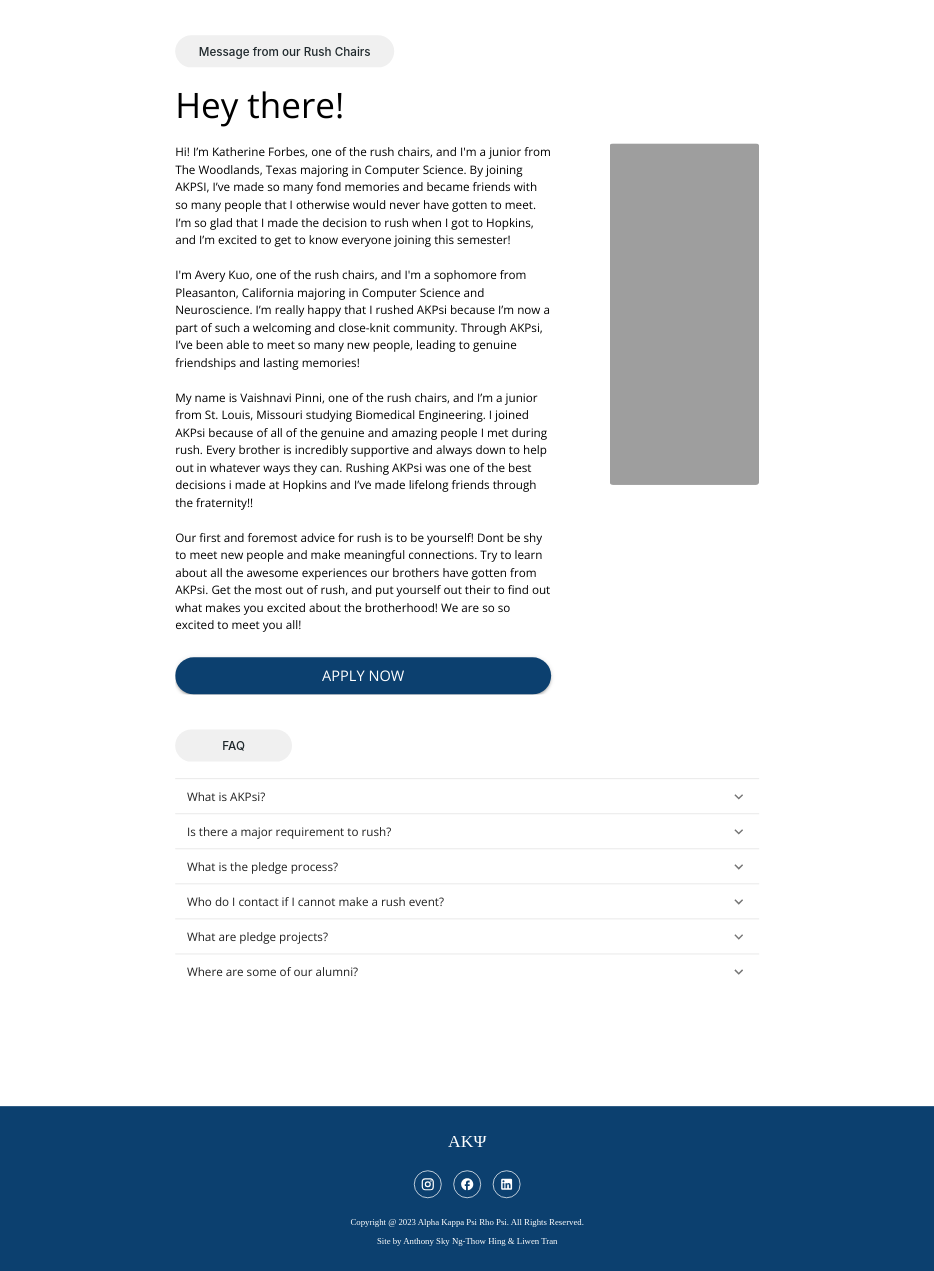
Repository: akpsi-jhu/rho-psi-website-v1
Page: /#/recruitment (app in web-app/)
An editor plug-in stored every save of this project. The page is shown before and after the next save, followed by the edit.
The browser window is 1280 px wide. The pictures show the part of the page from y = 977 to 2718 px (the page is 2718 px tall), at 73% of full size.
Pictures or frames that could not be fetched are drawn as grey boxes. The page's requests for data from a server got no answer. Some web fonts or font styles are not loaded; a fallback is used. The project was rebuilt for these pictures with package versions that can differ from the ones it lists, and the page was loaded fresh each time. No one was signed in, and anything a server would have sent is missing. Also part of the build but not shown: web-app/src/Components/Hero.js, web-app/src/Components/HoverCard.js, web-app/src/Components/About.js, web-app/src/styles/SlideshowStyles.css, web-app/src/Components/ImageSlideshow.js, web-app/src/Components/Rush.js, web-app/src/Components/Logos.js, web-app/src/Components/AlertBar.js and 10 more.

Above is the page before, as saved 2023-09-06 12:40:20.

### web-app/public/index.html
<!DOCTYPE html>
<html lang="en">
  <head>
    <meta charset="utf-8" />
    <link rel="icon" href="%PUBLIC_URL%/favicon.ico?v=2" />
    <meta name="viewport" content="width=device-width, initial-scale=1" />
    <meta name="theme-color" content="#000000" />
    <meta
      name="description"
      content="Web site created using create-react-app"
    />
    <link rel="apple-touch-icon" href="%PUBLIC_URL%/logo192.png?v=2" />
    <!--
      manifest.json provides metadata used when your web app is installed on a
      user's mobile device or desktop. See https://developers.google.com/web/fundamentals/web-app-manifest/
    -->
    <link rel="manifest" href="%PUBLIC_URL%/manifest.json" />
    <!--
      Notice the use of %PUBLIC_URL% in the tags above.
      It will be replaced with the URL of the `public` folder during the build.
      Only files inside the `public` folder can be referenced from the HTML.

      Unlike "/favicon.ico" or "favicon.ico", "%PUBLIC_URL%/favicon.ico" will
      work correctly both with client-side routing and a non-root public URL.
      Learn how to configure a non-root public URL by running `npm run build`.
    -->
    <title>AKPSI JHU</title>
    <link rel="preconnect" href="https://fonts.googleapis.com">
    <link rel="preconnect" href="https://fonts.gstatic.com" crossorigin>
    <link href="https://fonts.googleapis.com/css2?family=Glegoo&family=Iceland&family=Open+Sans:wght@400;600&family=STIX+Two+Text:wght@600&display=swap" rel="stylesheet">  </head>
  <body>
    <noscript>You need to enable JavaScript to run this app.</noscript>
    <div id="root"></div>
    <!--
      This HTML file is a template.
      If you open it directly in the browser, you will see an empty page.

      You can add webfonts, meta tags, or analytics to this file.
      The build step will place the bundled scripts into the <body> tag.

      To begin the development, run `npm start` or `yarn start`.
      To create a production bundle, use `npm run build` or `yarn build`.
    -->
  </body>
</html>

### web-app/src/App.js
import './App.css';
import {Routes, Route, HashRouter} from "react-router-dom";
import Home from "./Pages/Home"
import Contact from "./Pages/Contact"
import Recruitment from './Pages/Recruitment';
import Brothers from './Pages/Brothers';
import {createTheme, ThemeProvider} from "@mui/material";

function App() {
    return (
        <ThemeProvider theme={theme}>
        <div className="App">
            <HashRouter basename={process.env.PUBLIC_URL}>
                <Routes>
                    <Route path='/' element={<Home/>}></Route>
                    <Route path='/contact' element={<Contact/>}></Route>
                    <Route path='/recruitment' element={<Recruitment/>}></Route>
                    <Route path='/brothers' element={<Brothers/>}></Route>
                </Routes>
            </HashRouter>
        </div>
        </ThemeProvider>
    );
}

const theme = createTheme({
    breakpoints: {
        values: {
            xs: 0,
            sm: 600,
            md: 900,
            lg: 1200,
            xl: 1536,
            xxl: 1700,
        }
    },
    typography: {
        fontFamily: [
            'Open Sans',
            '-apple-system',
            'BlinkMacSystemFont',
            '"Segoe UI"',
            'Roboto',
            '"Helvetica Neue"',
            'Arial',
            'sans-serif',
            '"Apple Color Emoji"',
            '"Segoe UI Emoji"',
            '"Segoe UI Symbol"',
        ].join(','),
    },
});

export default App;

### web-app/src/Components/Footer.js
import React from "react";
import InstagramIcon from '@mui/icons-material/Instagram';
import FacebookOutlinedIcon from '@mui/icons-material/FacebookOutlined';
import LinkedInIcon from '@mui/icons-material/LinkedIn';

import {
    Stack,
    Typography,
    IconButton, ThemeProvider,
} from "@mui/material";

import {logoTheme} from "../themes/theme";


const Footer = () => {
return (
	<Stack py={4} direction="column" spacing={3} sx ={{backgroundColor: '#0C406F', color: "white"}} width='100vw'>
        <ThemeProvider theme={logoTheme}>
	<Typography
                variant="h5"
                component="div"
                >AKΨ</Typography>
        </ThemeProvider>
	<Stack direction="row" spacing={2} justifyContent="center" >
        <IconButton href="https://www.instagram.com/akpsi_jhu/" aria-label="instagram" sx={{color: "white", border: 1}}>
            <InstagramIcon fontSize="small"/></IconButton>
        <IconButton href="https://www.facebook.com/johnshopkinsakpsi/" aria-label="facebook" sx={{color: "white", border: 1}}>
            <FacebookOutlinedIcon fontSize="small"/></IconButton>
        <IconButton href="https://www.linkedin.com/company/alpha-kappa-psi" aria-label="linkedin" sx={{color: "white", border: 1}}>
            <LinkedInIcon fontSize="small"/></IconButton>
	</Stack>
    <Stack spacing={1}>
        <Typography sx={{fontSize:12, fontFamily: "glegoo"}}>Copyright @ 2023 Alpha Kappa Psi Rho Psi. All Rights Reserved. </Typography>
        <Typography sx={{fontSize:12, fontFamily: "glegoo"}}>Site by Anthony Sky Ng-Thow Hing & Liwen Tran </Typography>
    </Stack>
	</Stack>
);
};
export default Footer;

### web-app/src/Components/Sidebar/Sidebar.js
import { Box } from "@mui/system";
import React from "react";

import {
  SidebarContainer,
  SidebarWrapper,
  Icon,
  CloseIcon,
  SidebarMenu,
  SidebarLink
} from "./SidebarElements";



const SideBar = ({ isOpen, toggle }) => {
  return (
    <SidebarContainer isOpen={isOpen} onClick={toggle}>
      <Icon onClick={toggle}>
        <CloseIcon />
      </Icon>
      <SidebarWrapper>
        <SidebarMenu>
          <SidebarLink to="/" onClick={toggle}>
            Home
          </SidebarLink>
          <SidebarLink to="/brothers" onClick={toggle}>
            Brothers
          </SidebarLink>
          <SidebarLink to="/recruitment" onClick={toggle}>
            Recruitment
          </SidebarLink>
          <SidebarLink to="/contact" onClick={toggle}>
            Contact
          </SidebarLink>
        </SidebarMenu>
      </SidebarWrapper>
    </SidebarContainer>
  );
};

export default SideBar;

### web-app/src/Components/Title.js
import React from "react";
import { Stack, Box, Typography, Divider, Button } from "@mui/material";





const Title = (props) => {
	return (
        <Stack direction={{ sm: 'column', md: 'row' }} spacing={{xs: 2, md: 5}} sx = {{
            textAlign: "left",
            width: '100%',
            alignItems: "center"
        }}>
            <Typography variant="h3" sx = {{
                fontSize: {xs: 26, sm: 26, md: 30, lg: 36, xl: 36},
                lineHeight: {md: 1.3, lg: 1.3, xl: 1.3},
                whiteSpace: props.wrap ? "normal": "nowrap",
                width: props.wrap ? '100%' : '%',
                maxWidth: {md: 800, lg: 1000, xl: 1000},
                fontWeight: '700'
            }}>{props.header}</Typography>
            <Divider orientation={{sm: "horizontal", md: "vertical" }}flexItem sx = {{
                borderRightWidth: 5,
                borderBottomWidth: 3
            }}></Divider>
            <Typography variant="h6" sx = {{
                 fontSize: {xs: 16, md: 16, lg: 16, xl: 16},
            }}>{props.body}</Typography>
        </Stack>
	);
};

export default Title;

### web-app/src/Components/RushMessage.js
import React from "react";
import { Stack, Box, Typography, Button } from "@mui/material";

import TagHeader from "../Components/TagHeader"
import Title from "../Components/Title"
import HoverCard from "./HoverCard"
import professionalIMG from "../assets/prof.png";
import groupImg from "../assets/group.png";
import rushChairIMG from "../assets/rushChairsFall2023.jpg";



import socialIMG from "../assets/social.png";
import ImageSlideshow from "./ImageSlideshow";
import ImageBox from "./ImageBox";



const RushMessage = () => {


	return (
        <Stack spacing={3} >
            <Box
                sx={{
                    width: 300,
                    fontSize: 16,
                    paddingX: 1,
                    paddingY: 1.5,
                    backgroundColor: '#F0F0F0',
                    borderRadius: 85,
                    fontWeight: 500,
                    color: '#1F282C'
                }}>
                Message from our Rush Chairs
            </Box>
            <Typography variant="h3" textAlign="left">Hey there!</Typography>

            <Stack width={'100%'} direction={{xs: 'column-reverse', md: 'row'}} display="flex" spacing={{xs: 3, md: 5}}
                   sx={{overflow: 'hidden'}}>
                <Stack height="100%" spacing={4} textAlign="left">
                    <Stack spacing={3} textAlign="left">
                        <Typography variant="h7" fontFamily="" lineHeight={1.5} fontSize={{xs: 16, md: 16, lg: 16}}
                                    fontWeight={400}>Hi! I’m Katherine Forbes, one of the rush chairs, and I'm a junior from The Woodlands, Texas majoring in Computer Science.
                                    By joining AKPSI, I’ve made so many fond memories and became friends with so many people that I otherwise would never have gotten to meet.
                                    I’m so glad that I made the decision to rush when I got to Hopkins, and I’m excited to get to know everyone joining this semester!</Typography>
                        <Typography variant="h7" fontFamily="" lineHeight={1.5} fontSize={{xs: 16, md: 16, lg: 16}}
                                    fontWeight={400}>I'm Avery Kuo, one of the rush chairs, and I'm a sophomore from Pleasanton, California majoring in Computer Science and Neuroscience.
                                    I’m really happy that I rushed AKPsi because I’m now a part of such a welcoming and close-knit community.
                                    Through AKPsi, I’ve been able to meet so many new people, leading to genuine friendships and lasting memories!</Typography>
                        <Typography variant="h7" fontFamily="" lineHeight={1.5} fontSize={{xs: 16, md: 16, lg: 16}}
                                    fontWeight={400}>My name is Vaishnavi Pinni, one of the rush chairs, and I’m a junior from St. Louis, Missouri studying Biomedical Engineering.
                                     I joined AKPsi because of all of the genuine and amazing people I met during rush. Every brother is incredibly supportive and always down to help out in whatever ways they can.
                                     Rushing AKPsi was one of the best decisions i made at Hopkins and I’ve made lifelong friends through the fraternity!!</Typography>
                        <Typography variant="h7" fontFamily="" lineHeight={1.5} fontSize={{xs: 16, md: 16, lg: 16}}
                                    fontWeight={400}>Our first and foremost advice for rush is to be yourself! Dont be
                            shy to meet new people and make meaningful connections. Try to learn about all the awesome
                            experiences our brothers have gotten from AKPsi. Get the most out of rush, and put yourself
                            out their to find out what makes you excited about the brotherhood! We are so so excited to
                            meet you all!</Typography>
                    </Stack>
                    <Button
                        href={"https://docs.google.com/forms/d/e/1FAIpQLScylHH9lcGaWcc3XOflA8FTFPPbWITYjS1LvxbtS6RPFYmGxQ/viewform"}
                        target={"_blank"}
                        variant="contained"
                        sx={{
                            width: '100%',
                            fontSize: 20,
                            padding: 1,
                            backgroundColor: '#0C406F',
                            borderRadius: 85,
                            boxShadow: 3
                        }}>
                        Apply Now

                    </Button>
                </Stack>
                <ImageBox src={rushChairIMG}/>
            </Stack>

        </Stack>
	);
};

export default RushMessage;

### web-app/src/Components/TagHeader.js
import React from "react";
import { Stack, Box, Typography, makeStyles, Button } from "@mui/material";





const TagHeader = (props) => {
	return (
        <Box
        sx={{ width: 160, fontSize: 16, paddingX: 1, paddingY: 1.5, backgroundColor: '#F0F0F0', borderRadius: 85, fontWeight: 500, color: '#1F282C'
    }}>
        {props.text}
    </Box>
	);
};

export default TagHeader;

### web-app/src/styles/Image.css


.container {
    overflow: hidden;
    align-items: center;
    justify-content: center;
    display: flex;
}

.container img {
    overflow: hidden;
    object-fit: cover;
    height: 100%;
    width: 100%;
    padding-right: 0;
    border-radius: 5px;
}

### web-app/src/Components/ImageBox.js
import "../styles/Image.css";
import {Box} from "@mui/system";

const ImageBox = (props) => {
    return (
        <Box
            pl={{lg:5}}
            className="container"
            maxHeight={{xs: "75vh", sm: "75vh", md: "75vh", lg: "65vh", xl: "60vh"}}
            width={{xs: "115%", sm: "300%", md: "300%", lg: "160%", xl: "150%", xxl: "125%"}}
            maxWidth={{sm: "100vw", md: "60vw"}}>
            <img className="container" src={props.src} alt=""/>
        </Box>
    );
};

export default ImageBox;

### web-app/src/styles/LogosStyles.css

  img {
    height: 45px;
    padding: 0 50px;
    object-fit:contain;
  }

  img:last-of-type {
    padding-left: 0;
  }

  .inner {
    position: relative;
    width: 100vw;
    overflow: hidden;
    height: 120px;
    padding-top: 30px;
    padding-bottom: 30px;
    display: flex;

    justify-content: center;
    align-items: center;
    background-color: #DCA023;





  }

  .wrapper {
    position: absolute;
    display: flex;
    width: 100vw;
    max-width: 1920px;
    overflow: hidden;




  }

  section {
    display: flex;
    animation: swipe var(--speed) linear infinite backwards;
    align-items: center;
    justify-content: center;

  }

  @keyframes swipe {
    0% {
      transform: translate(0);
    }

    100% {
      transform: translate(-100%);
    }
  }

### web-app/src/themes/theme.js
import {createTheme} from "@mui/material";

export const logoTheme = createTheme({
    typography: {
        fontFamily: [
            'STIX Two Text',
        ].join(','),
        fontWeight: 500
    }
})

### web-app/src/Components/Sidebar/SidebarElements.js
import styled from "styled-components";
import { Link as LinkR } from "react-router-dom";
import { Link as LinkS } from "react-scroll";
import { FaTimes } from "react-icons/fa";

export const SidebarContainer = styled.aside`
  position: fixed;

  z-index: 999;
  width: 100%;
  height: 100%;
  background: #0C406F;
  display: grid;
  font-family: STIX Two Text;
  align-items: center;
  top: 0;
  left: 0;
  transition: 0.3s ease-in-out;
  opacity: ${({ isOpen }) => (isOpen ? "90%" : "0")};
  top: ${({ isOpen }) => (isOpen ? "0" : "-100%")};
`;

export const CloseIcon = styled(FaTimes)`
  color: white;
  font-size: 1.2rem;
  margin: 10px;
`;

export const SidebarMenu = styled.ul`
  display: grid;
  padding: 0;
  list-style-type: none;
  grid-template-columns: 1fr;
  grid-template-rows: repeat(8, 70px);
  @media screen and (max-width: 480px) {
    grid-template-rows: repeat(8, 60px);
  }

`;
export const Icon = styled.div`
  position: absolute;
  top: 1.2rem;
  right: 1.5rem;
  background: transparent;
  font-size: 2rem;
  cursor: pointer;
  outline: none;
`;

export const SidebarLink = styled(LinkR)`
  display: flex;
  align-items: center;
  justify-content: center;
  font-size: 1.4rem;
  list-style: none;
  text-decoration: none;
  transition: 0.2s ease-in-out;
  color: white;
  cursor: pointer;


  &:hover {
    text-decoration: none;
    color: #414b52;
    transition: 0.2s ease-in-out;
  }
`;

export const SidebarWrapper = styled.div`
  color: #fff;
`;

### web-app/src/styles/HoverCardStyles.scss
:root {
    --blue-color: #0C406F;
    --gold-color: #DCA023;
    --white-color: #FFFFFF;
    --neutral-color: #12171B;
  }

  *,
  *:before,
  *:after {
    box-sizing: border-box;
  }


    .card {
      background-size: cover;
      border-radius: 0.5rem;
      color: var(--white-color);
      max-width: 50ch;
      overflow: hidden;
      padding: 10rem 0 0;
      transition: transform 500ms ease;
      font-family:sans-serif;

      &__content {
        --padding: 0.1rem 1.5rem 1.5rem;
        background: var(--blue-color);
        padding: var(--padding);
        height: 200px;


      }

      &__title {
        position: relative;
        width: max-content;
      }

      &__body {
        color: white;
        text-align: left;
        margin-top: -5px;

      }

      &__button {
        align-items: center;
        margin-top: 7px;
        gap: 10px;
        background: none;
        border-style: none;
        align-self: flex-end;
        color: white;
        cursor: pointer;
        display: flex;
        padding: .5em 1.25em;
        text-decoration: none;
        font-size: 14px;
        font-weight:600;

        &:hover,
        &:focus {
          //background-color: var(--white-color);
        }
      }
    }

    @media (hover) {
      .card__content {
        transform: translateY(72%);
        transition: transform 500ms ease;

        > *:not(.card__title) {
          opacity: 0;
          transition: opacity 500ms linear;
        }
      }

      .card {
        &:hover,
        &:focus-within {
          transform: scale(1.05);


          .card__content {
            background-color: var(--gold-color);
            transform: translateY(0);
            transition-delay: 100ms;


            > *:not(.card__title) {
              opacity: 1;
              transition-delay: 100ms;
            }
          }

          .card__title:after {
            transform: scaleX(1);
          }
        }

        &:focus-within .card__content {
          transition-duration: 0ms;

          > *:not(.card__title) {
            transition-delay: 300ms;
          }
        }

        &__title:after {
          transform: scaleX(0);
        }
      }
    }

    @media (prefers-reduced-motion: reduce) {
      *,
      *::before,
      *::after {
        animation-duration: 0.01ms !important;
        animation-iteration-count: 1 !important;
        scroll-behavior: auto !important;
        transition-delay: 0ms !important;
        transition-duration: 0.01ms !important;
      }
    }

Loaded but not shown: web-app/src/index.js (common file); web-app/src/index.css (common file); web-app/src/reportWebVitals.js (common file); web-app/src/App.css (common file); web-app/src/Components/Faq.js (65 lines, source omitted); web-app/src/Components/Navbar/NavbarElements.js (137 lines, source omitted); web-app/src/Components/Navbar/Navbar.js (83 lines, source omitted); web-app/src/Pages/Recruitment.js (53 lines, source omitted)

After the next save:
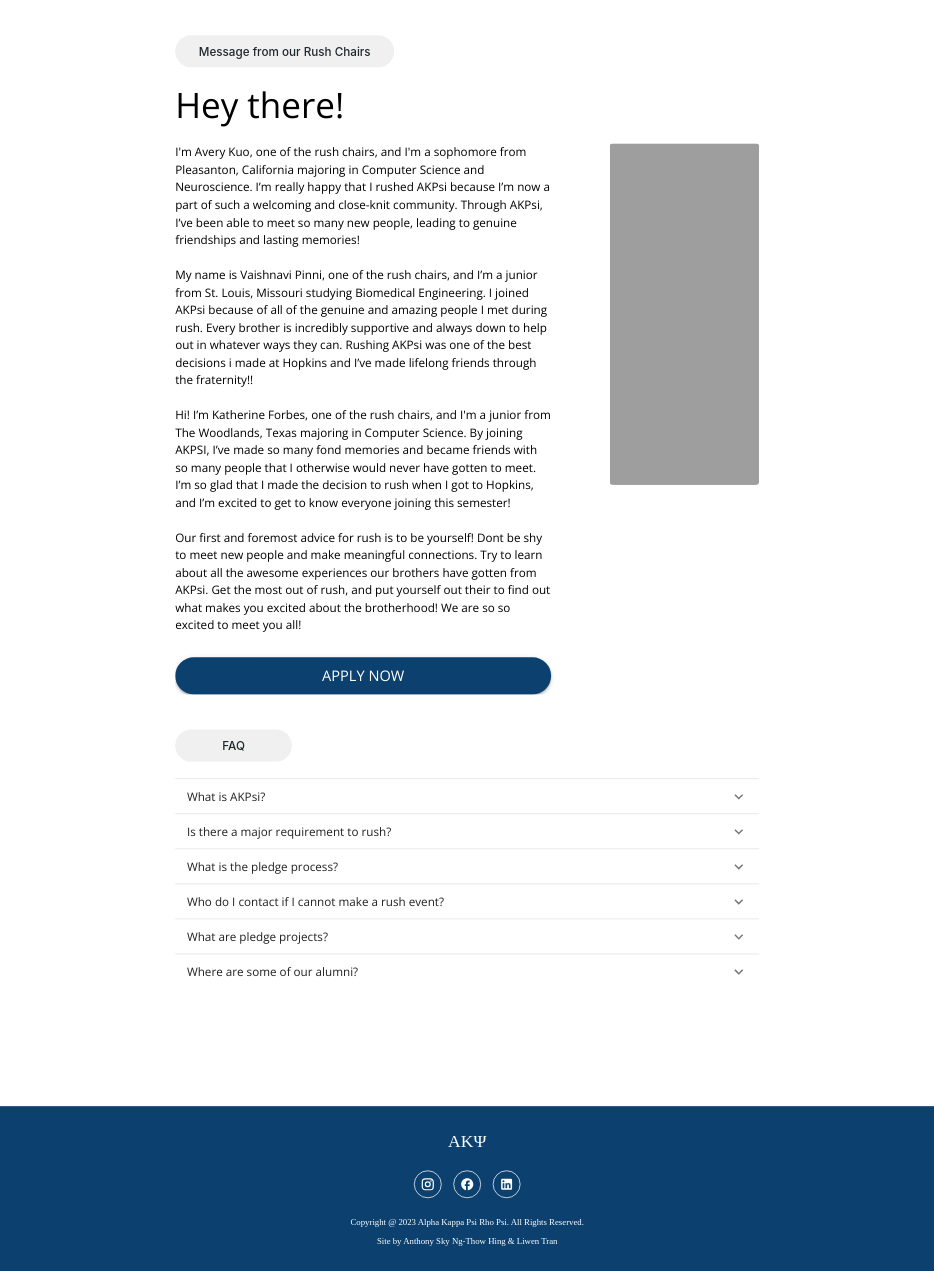
Saved 35 s later.
--- a/web-app/src/Components/RushMessage.js
+++ b/web-app/src/Components/RushMessage.js
@@ -41,10 +41,6 @@
                 <Stack height="100%" spacing={4} textAlign="left">
                     <Stack spacing={3} textAlign="left">
                         <Typography variant="h7" fontFamily="" lineHeight={1.5} fontSize={{xs: 16, md: 16, lg: 16}}
-                                    fontWeight={400}>Hi! I’m Katherine Forbes, one of the rush chairs, and I'm a junior from The Woodlands, Texas majoring in Computer Science.
-                                    By joining AKPSI, I’ve made so many fond memories and became friends with so many people that I otherwise would never have gotten to meet.
-                                    I’m so glad that I made the decision to rush when I got to Hopkins, and I’m excited to get to know everyone joining this semester!</Typography>
-                        <Typography variant="h7" fontFamily="" lineHeight={1.5} fontSize={{xs: 16, md: 16, lg: 16}}
                                     fontWeight={400}>I'm Avery Kuo, one of the rush chairs, and I'm a sophomore from Pleasanton, California majoring in Computer Science and Neuroscience.
                                     I’m really happy that I rushed AKPsi because I’m now a part of such a welcoming and close-knit community.
                                     Through AKPsi, I’ve been able to meet so many new people, leading to genuine friendships and lasting memories!</Typography>
@@ -52,6 +48,10 @@
                                     fontWeight={400}>My name is Vaishnavi Pinni, one of the rush chairs, and I’m a junior from St. Louis, Missouri studying Biomedical Engineering.
                                      I joined AKPsi because of all of the genuine and amazing people I met during rush. Every brother is incredibly supportive and always down to help out in whatever ways they can.
                                      Rushing AKPsi was one of the best decisions i made at Hopkins and I’ve made lifelong friends through the fraternity!!</Typography>
+                        <Typography variant="h7" fontFamily="" lineHeight={1.5} fontSize={{xs: 16, md: 16, lg: 16}}
+                                    fontWeight={400}>Hi! I’m Katherine Forbes, one of the rush chairs, and I'm a junior from The Woodlands, Texas majoring in Computer Science.
+                                    By joining AKPSI, I’ve made so many fond memories and became friends with so many people that I otherwise would never have gotten to meet.
+                                    I’m so glad that I made the decision to rush when I got to Hopkins, and I’m excited to get to know everyone joining this semester!</Typography>
                         <Typography variant="h7" fontFamily="" lineHeight={1.5} fontSize={{xs: 16, md: 16, lg: 16}}
                                     fontWeight={400}>Our first and foremost advice for rush is to be yourself! Dont be
                             shy to meet new people and make meaningful connections. Try to learn about all the awesome
